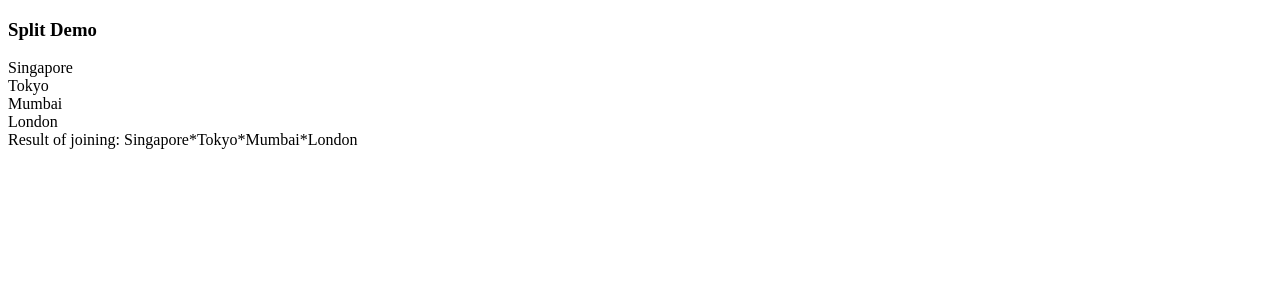
Repository: KMagee/JSP_Course
Page: http://localhost/tagdemo/split-join-test.jsp
The author's editor kept a copy of each file at every save. The page is drawn from the files as they stood at one save, then again after the next save.
The browser window is 1280 px wide. The pictures show the whole page.
The page is served by Tomcat 9.

Above is the page before, as saved 2017-11-05 01:31:14.

After the next save:
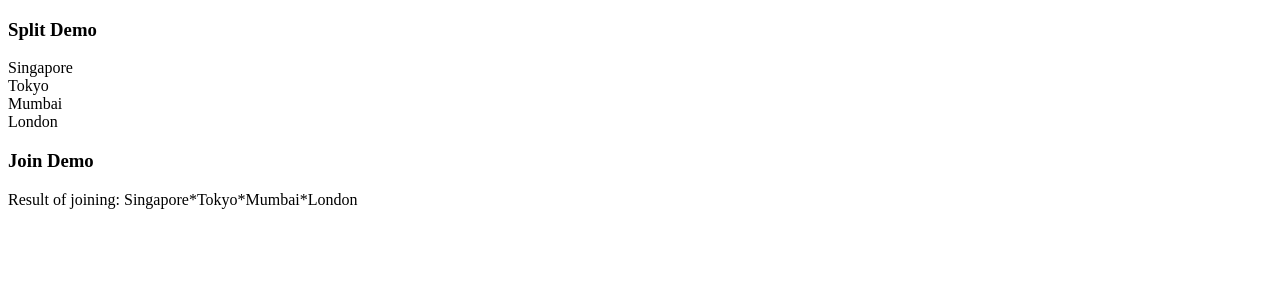
Saved 69 s later.
--- a/tagdemo/WebContent/split-join-test.jsp
+++ b/tagdemo/WebContent/split-join-test.jsp
@@ -22,6 +22,8 @@ ${tempCity} <br/>
 
 </c:forEach>
 
+<h3>Join Demo</h3>
+
 <c:set var="fun" value="${fn:join(citiesArray, '*')}"/>
 
 Result of joining: ${fun}
